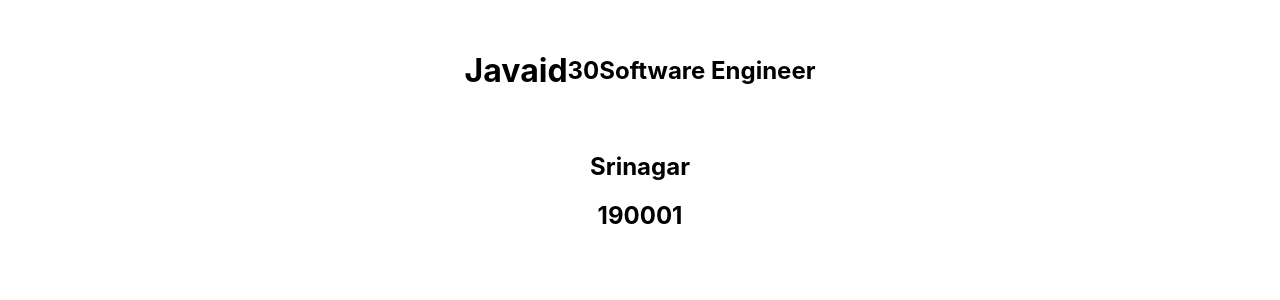
Repository: JavaidAhmadKhan/framer-motion-reacr
Page: /
The author's editor kept a copy of each file at every save. The page is drawn from the files as they stood at one save, then again after the next save.
The browser window is 1280 px wide. The pictures show the whole page.
The project was rebuilt for these pictures with package versions that can differ from the ones it lists, and the page was loaded fresh each time.

Above is the page before, as saved 2022-05-19 17:20:35.

### src/App.js
import { Component } from "react";

import "./App.css";
class App extends Component {
  constructor() {
    console.log("constructor");
    super();
    console.log("super");
    this.state = {
      name: "Javaid",
      age: 30,
      profession: "Software Engineer",
      address: {
        city: "Srinagar",
        pincode: "190001",
      },
    };
  }

  render() {
    console.log("render");
    return (
      <div className="App">
        <div
          style={{
            display: "flex",
            alignItems: "center",
            justifyContent: "center",
            margin: "10px",
            padding: "20px",
          }}
        >
          <h1>{this.state.name}</h1>
          <h2>{this.state.age}</h2>
          <h2>{this.state.profession}</h2>
        </div>
        <h2>{this.state.address.city}</h2>
        <h2>{this.state.address.pincode}</h2>
      </div>
    );
  }
}

export default App;

Loaded but not shown: public/index.html (common file); src/index.js (common file); src/index.css (common file); src/reportWebVitals.js (common file); src/App.css (common file)

After the next save:
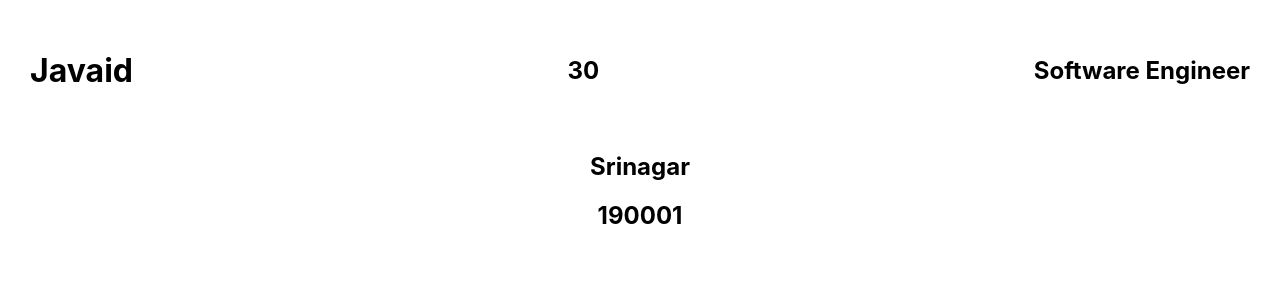
Saved 14 s later.
--- a/src/App.js
+++ b/src/App.js
@@ -25,7 +25,7 @@
           style={{
             display: "flex",
             alignItems: "center",
-            justifyContent: "center",
+            justifyContent: "space-between",
             margin: "10px",
             padding: "20px",
           }}

After the save that followed:
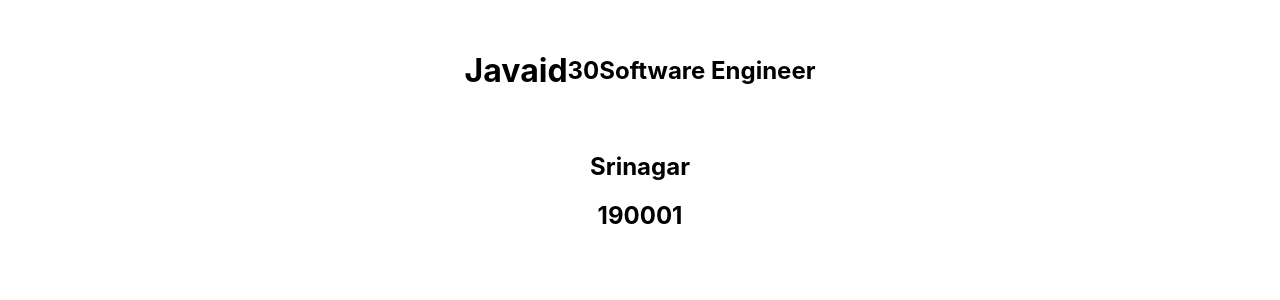
Saved 9 s later.
--- a/src/App.js
+++ b/src/App.js
@@ -25,7 +25,7 @@
           style={{
             display: "flex",
             alignItems: "center",
-            justifyContent: "space-between",
+            justifyContent: "center",
             margin: "10px",
             padding: "20px",
           }}
